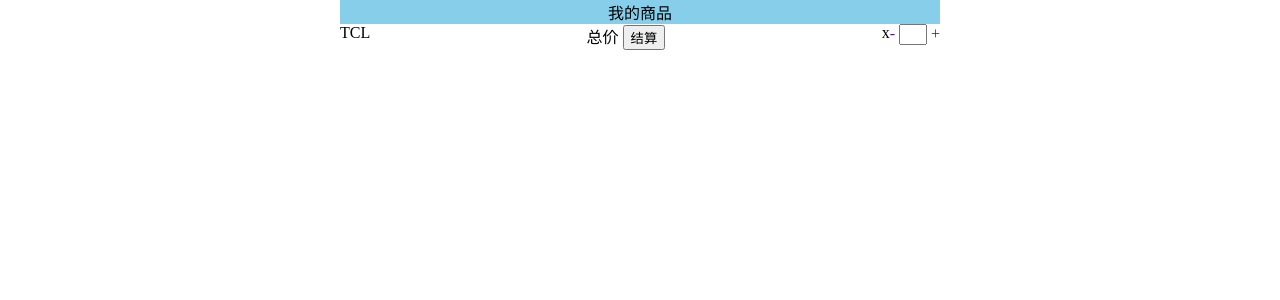
Repository: R1Deemo/Vue
Page: 10购物车.html
The author's editor kept a copy of each file at every save. The page is drawn from the files as they stood at one save, then again after the next save.
The browser window is 1280 px wide. The pictures show the whole page.

Above is the page before, as saved 2022-11-14 15:23:34.

### 10购物车.html
<!DOCTYPE html>
<html lang="en">

<head>
    <meta charset="UTF-8">
    <meta http-equiv="X-UA-Compatible" content="IE=edge">
    <meta name="viewport" content="width=device-width, initial-scale=1.0">
    <title>Document</title>
    <link rel="stylesheet" href="/css/购物车.css">
</head>

<body>
    <div id="app">
        <div class="container">
            <my-cart></my-cart>
        </div>
    </div>
    <script src="https://cdn.jsdelivr.net/npm/vue/dist/vue.js"></script>
    <script>
        var CartTitle = {
            template: `<div class="title">我的商品</div>`
        }
        var CartList = {
            template: `
            <div id='main'>
                <div class='item'>
                    <div class="name">TCL</div>
                    <div class="change">
                        <a href="">-</a>
                        <input type='text' class='num'/>
                        <a href="">+</a>
                    </div>
                    <div class='del'>x</div>
                </div>

            </div>`

        }
        var CartTotal = {
            template: ` <div class="total">
                    <span>总价</span>
                    <button>结算</button>
                </div>`
        }
        Vue.component('my-cart', {
            template: `
            <div  class="cart">
                <cart-title></cart-title>
                <cart-list></cart-list>
                <cart-total></cart-total>
                </div>
            `,
            components: {
                'cart-title': CartTitle,
                'cart-list': CartList,
                'cart-total': CartTotal,

            }
        })
        var vm = new Vue({
            el: '#app',
            data: {

            }
        })
    </script>
</body>

</html>

### css/购物车.css
body,
html {
    margin: 0;
    padding: 0;
}

.title {
    background-color: skyblue;
}

.container {
    margin: 0 auto;
    text-align: center;
}

.change {
    float: right;
}

.del {
    float: right;
}

a {
    text-decoration: none;
}

.num {
    width: 20px;
}

.name {
    float: left;
}

.cart {
    width: 600px;
    height: 200px;
    margin: 0 auto;
}

After the next save:
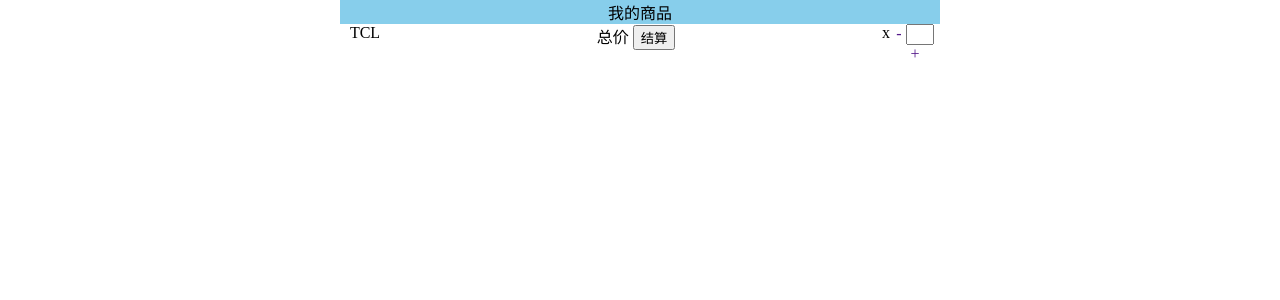
Saved 3 min 23 s later.
--- a/css/购物车.css
+++ b/css/购物车.css
@@ -15,6 +15,7 @@
 
 .change {
     float: right;
+    width: 50px;
 }
 
 .del {
@@ -31,6 +32,7 @@
 
 .name {
     float: left;
+    width: 50px;
 }
 
 .cart {
